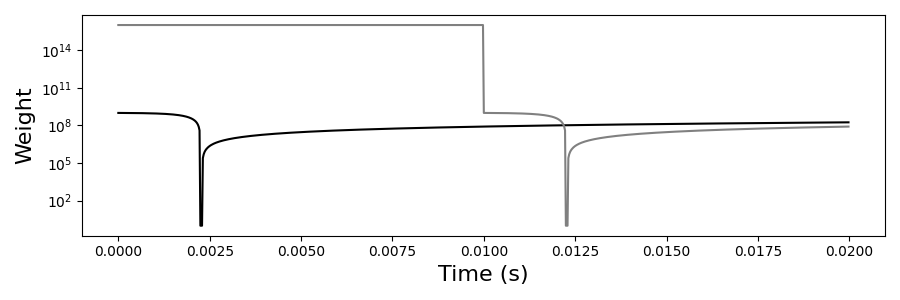
Repository: JamesBrooksPark/Sound-Field-Reproduction-Optimisation-Framework
Script's output: python FilterShapingVectorPlot.py
The author's editor kept a copy of each file at every save. The script's output is drawn from the files as they stood at one save, then again after the next save.
Random numbers start from a fixed seed.

Above is the script's output before, as saved 2026-08-27 09:48:56.

### FilterShapingVectorPlot.py
import numpy as np; import matplotlib.pyplot as plt

from src.filter_designer.filter_helper import FIRShaper

Fs = 44100
delay = int(Fs*0.01)
I = 2**14
L = I+delay

plot_time = 0.02
plot_time_samples = int(plot_time * Fs)

x_1 = FIRShaper(L,I,0, '')
x_2 = FIRShaper(L,I,delay, '')

x1_cut = x_1[:plot_time_samples]
x2_cut = x_2[:plot_time_samples]


fig, (axes1) = plt.subplots(1, 1,figsize=(9,3))

t = [x / Fs for x in range(len(x1_cut))]

axes1.plot(t, x1_cut, color = 'black')
axes1.plot(t, x2_cut, color = 'grey')

axes1.set_ylabel("Weight", fontsize = 16)
axes1.set_xlabel("Time (s)", fontsize = 16)

axes1.set_yscale('log')
plt.tight_layout()
# plt.show()


plt.savefig('/Users/jamesbrookspark/Documents/03_PhD/02_Journals/03_RoomAugmentation/01_RoomAugmentation_Latex/Figures/weighting_plot.pdf')
# plt.show()

### src/filter_designer/filter_helper.py
import numpy as np


# === Configuration file loader ===
# ---------------------------------
import importlib
class ConfigLoader:
    def __init__(self, config_file_name=None):
        config = self.load_config(config_file_name)  # config_file_name can be None
        self.set_config_variables(config)

    def set_config_variables(self, config):
        """Set configuration variables as instance attributes."""
        for key, value in config.items():
            setattr(self, key, value)

    def load_config(self, config_file_name=None):
        """Load base config and optionally update it with another config."""


        if config_file_name:
            config = self.import_config_module(config_file_name)
        else:
            config = self.import_config_module('global_config')

        return config

    def import_config_module(self, config_module_name):
        """Import a Python config module and return its non-special variables."""
        try:
            config_module = importlib.import_module(f'src.{config_module_name}')
            return {key: value for key, value in vars(config_module).items() if not key.startswith('__')}
        except ModuleNotFoundError:
            raise ValueError(f"Configuration file '{config_module_name}.py' not found.")

# === RIR matrix formating ===
# ----------------------------
def MatrixFormatting(h_d,h_p):
    # Finding start and end points of RIR's
    J_p,[p_s,p_e] = MatrixSlicer(h_p)
    J_d,[d_s,d_e]= MatrixSlicer(h_d)

    # Selecting largest RIR length
    e = np.max([p_e,d_e])

    # Selecting first start point across target and playback RIR's
    s = np.min([p_s,d_s])

    # Calculating rir size
    J = e-s

    N = h_p.ndim
    pad_shape = (J,) + h_p.shape[1:]
    h_p_pad = np.zeros(pad_shape, dtype=h_p.dtype)

    len_p = J_p + (p_s - s)

    slice_p = [slice(0, len_p)] + [slice(None)] * (N - 1)
    slice_p_src = [slice(s, p_e)] + [slice(None)] * (N - 1)

    h_p_pad[tuple(slice_p)] = h_p[tuple(slice_p_src)]

    N = h_d.ndim
    pad_shape = (J,) + h_d.shape[1:]
    h_d_pad = np.zeros(pad_shape, dtype=h_d.dtype)

    len_d = J_d + (d_s - s)

    slice_d = [slice(0, len_d)] + [slice(None)] * (N - 1)
    slice_d_src = [slice(s, d_e)] + [slice(None)] * (N - 1)

    h_d_pad[tuple(slice_d)] = h_d[tuple(slice_d_src)]

    h_d_pad = np.asarray(h_d_pad, dtype=np.float32)
    h_p_pad = np.asarray(h_p_pad, dtype=np.float32)

    return h_d_pad,h_p_pad,J

# === Matrix slicing ===
# ----------------------
def MatrixSlicer(h):
    h_shape = np.shape(h)
    if np.size(h_shape) < 2: # If matrix only has 1 dimension eg. single source, single receiver:
        start = PeakFind(h) - 15
        end = DecayFind(h)

        J = end-start
        return J,[start,end]
    elif np.size(h_shape) <3: # If matrix only has two dimensions eg. multiple sources but for a single receiver:
        deltas = np.zeros([h_shape[1], 2])
        for ii in range(h_shape[1]):
            deltas[ii, 0] = PeakFind(h[:, ii]) - 15
            deltas[ii, 1] = DecayFind(h[:, ii])

        start = int(np.min(deltas[:, 0]))
        end = int(np.min(deltas[:, 1]))
        J = end - start # Length of FIR representation of the RIRs
        return J,[start,end]
    else:
        deltas = np.zeros([h_shape[1], h_shape[2], 2])
        for ii in range(h_shape[1]):
            for jj in range(h_shape[2]):
                deltas[ii, jj, 0] = PeakFind(h[:, ii, jj]) - 15
                deltas[ii, jj, 1] = DecayFind(h[:, ii, jj])

        start = int(np.min(deltas[:, :, 0]))
        end = int(np.min(deltas[:, :, 1]))
        J = end - start # Length of FIR representation of the RIRs
        return J,[start,end]
def DecayFind(h):
        early_decay_curve = np.cumsum(h[::-1] ** 2)[::-1] # Calculate early decay curve of RIR
        early_decay_curve = early_decay_curve / np.max(early_decay_curve) # Normalise early decay curve to 1

        cut = np.where(early_decay_curve <= 0.000001)[0][0] # Find the point where the EDC is at 0.0001%
        return cut
def PeakFind(h):
        h_length = np.size(h)
        h_max = np.max(h)
        for ii in range(h_length):
            if h[ii] > h_max * 0.6:
                return ii

# === Precedence delay calculation ===
# -----------------------------
def DelayCalculation(Fs, delay_time, h_p, h_s):
        def peak(h):
            max = np.max(h)
            for ii in range(np.size(h)):
                if h[ii] > max * 0.6:
                    return ii

        if h_p.ndim > 1:
            M = np.shape(h_p)[1]
            h_p_peak_vec = np.zeros(M)
            h_s_peak_vec = np.zeros(M)
            for m in range(M):
                h_p_peak_vec[m] = peak(h_p[:,m])
                h_s_peak_vec[m] = peak(h_s[:,m])
            h_p_peak = np.sum(h_p_peak_vec)/M
            h_s_peak = np.sum(h_s_peak_vec)/M

            delay_samples = Fs * delay_time
            delay = int(delay_samples + (h_p_peak - h_s_peak))
            return delay
        else:
            h_p_peak = peak(h_p)
            h2_p_peak = peak(h_s)

            delay_samples = Fs * delay_time
            delay = int(delay_samples + (h_p_peak - h2_p_peak))
            return delay

def FIRShaper(L, Fl, delay, type, normalisation = True):
    if L == Fl:
        Fl = Fl-delay
    z = np.zeros([3]) # Amplitudes
    z[0] = 10**16  # No energy
    z[1] = 1  # Max filter energy
    z[2] = 10**9  # taper energy

    d = np.zeros([4]) # section sizes
    d[0] = int(delay)# Delay
    d[1] = int(100)  # Attack
    d[2] = int(Fl-d[1])  # Filter length (-1 for max filter sample)
    if L != Fl:
        d[3] = int(L - np.sum(d[:3]))
    else:
        d[3] = 0

    shaper_vec_check(L,Fl,d)

    y = np.ones([L])

    y[: int(np.sum(d[:1]))] *= z[0]
    y[int(np.sum(d[:1])) : int(np.sum(d[:2]))] = exponential_space(z[2], z[1], d[1])
    y[int(np.sum(d[:2]))] *= z[1]
    y[int(np.sum(d[:2]))+1 : int(np.sum(d[:3]))] = exponential_space(z[1], z[2], d[2]-1)
    if d[3]> 0:
        y[int(np.sum(d[:3])): ] = z[0]

    if normalisation:
        # Calculate energy in weighting with no delay
        d = np.zeros([4]) # section sizes
        d[0] = 0
        d[1] = int(100)  # Attack
        d[2] = int(Fl-d[1])  # Filter length (-1 for max filter sample)
        if L != Fl:
            d[3] = int(L - np.sum(d[:3]))
        else:
            d[3] = 0

        shaper_vec_check(L,Fl,d)

        y_n = np.ones([L])

        y_n[: int(np.sum(d[:1]))] *= z[0]
        y_n[int(np.sum(d[:1])) : int(np.sum(d[:2]))] = exponential_space(z[2], z[1], d[1])
        y_n[int(np.sum(d[:2]))] *= z[1]
        y_n[int(np.sum(d[:2]))+1 : int(np.sum(d[:3]))] = exponential_space(z[1], z[2], d[2]-1)
        if d[3]> 0:
            y_n[int(np.sum(d[:3])): ] = z[0]

        no_delay_energy = np.sum(y_n**2)

        # Normalise filter based on weighting with no delay
        y *= no_delay_energy/np.sum(y**2)

    return y

def shaper_vec_check(L,Fl,d):
    if L < Fl:
            raise ValueError("FIRShaper: Actual filter length is greater than desired filter length")
    if sum(d) != L:
        print("desired length:")
        print(L)
        print("section lengths")
        print(d)
        raise ValueError("FIRShaper: Filter vector sections do not add up")

def exponential_space(start,stop,L):
    L = int(L)
    if stop > start:
            x = np.linspace(5,1,L)
            y = np.exp(x)
            # y = x**2
            y *= 1/max(y)
            y = 1-y
            y = y * (stop - start) + start

    elif start > stop:
            x = np.linspace(1,5,L)
            y = np.exp(x)
            # y = x**2
            y *= 1/max(y)
            y = y * (stop - start) + start

    return y

# === RIR matrix ===
# ------------------------------------------------------------
def rir_matrix(M, L, h, I, J):

    H = np.zeros([M * (J + I - 1), I * L], dtype=np.float32)
    for l in range(L):
        idx_l = slice(l * I, (l + 1) * I)
        for m in range(M):
            idx_m = slice(m * (J + I - 1), (m + 1) * (J + I - 1))

            H[idx_m, idx_l] = Toeplitz(h[:, l, m], I)

    return H

# === Toeplitz matrix creation ===
# --------------------------------
def Toeplitz(h, I=[]):
    J = np.size(h)
    if not I:
        I = J
    #  Create zero matrix
    H = np.zeros([J + I - 1, I], dtype=np.float32)
    # H = np.zeros([J + I - 1, I])
    for i in range(I):
        idx = slice(i, np.min([(i + J - 1), J + I - 1]))
        idx2 = slice(i - i, np.min([(i + J - 1), J + I - 1]) - i)
        H[idx, i] = h[idx2]
    return H

# === Time frequency matrix ===
# ------------------------------------------------------------
def time_frequency_matrix(H,M,J,I,NFFT):
    H_reshaped = H.reshape(M, (J + I - 1), -1)  # (M, J+I-1, L*I)
    H_fft = np.fft.fft(H_reshaped, n=NFFT, axis=1).astype(np.complex64)
    H_ = H_fft.reshape(M * NFFT, -1)  # (M*NFFT, L*I)

    return H_

# === gamma function crossover ===
# ------------------------------------------------------------
def gamma_crossover_vector(NFFT, Fs, Hz, vals):

    sigma = 0.01
    gamma = np.ones((NFFT))
    Freqs = np.fft.fftfreq(NFFT, d=1/Fs)
    gamma[:NFFT//2] = vals[0] + ((vals[1]-vals[0])/(1+np.exp(-(sigma/2*np.pi)*(Freqs[:NFFT//2]-Hz))))
    gamma[NFFT//2:] = vals[1]

    return gamma

# === Target vector ===
# ------------------------------------------------------------
def target_vector(h_d, NFFT, M, modelling_delay):
    # Creating target vector
    if M == 1:
        p_target = np.concat([np.zeros([modelling_delay]), h_d])
        P_target = np.fft.fft(p_target, NFFT).astype(np.complex64)
    else:
        P_target = np.zeros([M * NFFT],dtype=np.complex64)
        for m in range(M):
            idx = slice(m * NFFT, (m + 1) * NFFT)
            p_target = np.concat([np.zeros([modelling_delay]), h_d[:, m]])
            P_target[idx] = np.fft.fft(p_target, NFFT)
    return P_target

After the next save:
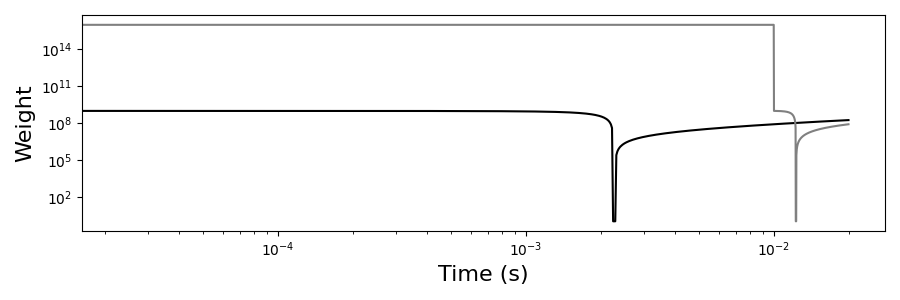
Saved 30 s later.
--- a/FilterShapingVectorPlot.py
+++ b/FilterShapingVectorPlot.py
@@ -28,6 +28,7 @@
 axes1.set_xlabel("Time (s)", fontsize = 16)
 
 axes1.set_yscale('log')
+axes1.set_xscale('log')
 plt.tight_layout()
 # plt.show()
 

After the save that followed:
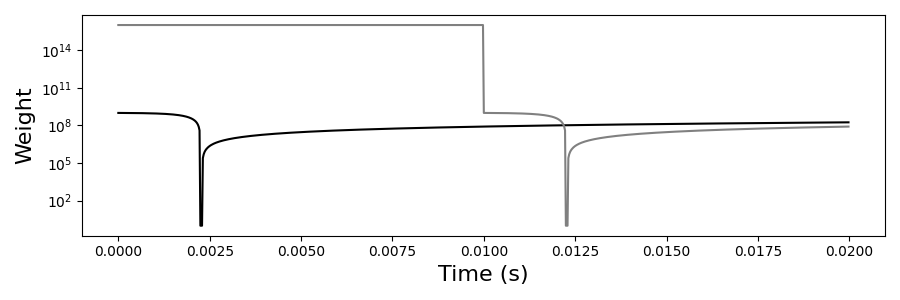
Saved 8 s later.
--- a/FilterShapingVectorPlot.py
+++ b/FilterShapingVectorPlot.py
@@ -28,7 +28,7 @@
 axes1.set_xlabel("Time (s)", fontsize = 16)
 
 axes1.set_yscale('log')
-axes1.set_xscale('log')
+# axes1.set_xscale('log')
 plt.tight_layout()
 # plt.show()
 
